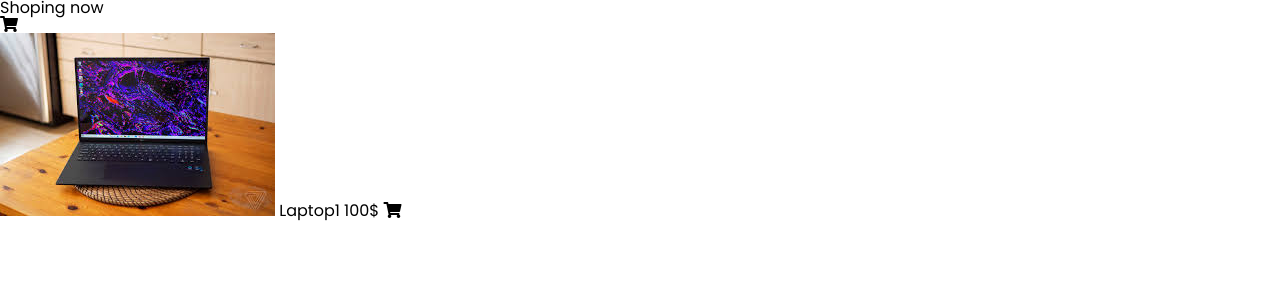
Repository: nttthao9/shopingcart
Page: index.html
These files come from the project's save history. The page is drawn as it stood at one moment and after the next save; the edit follows.
The browser window is 1280 px wide. The pictures show the whole page.
Some web libraries are served in a nearby version.

Above is the page before, as saved 2021-10-04 14:08:53.

### index.html
<!DOCTYPE html>
<html lang="en">

<head>
  <meta charset="UTF-8">
  <meta http-equiv="X-UA-Compatible" content="IE=edge">
  <meta name="viewport" content="width=device-width, initial-scale=1.0">
  <title>Shoping Cart</title>
  <link rel="preconnect" href="https://fonts.googleapis.com">
  <link rel="preconnect" href="https://fonts.gstatic.com" crossorigin>
  <link href="https://fonts.googleapis.com/css2?family=Poppins:wght@300;400;500;600&display=swap" rel="stylesheet">
  <link rel="stylesheet" href="https://cdnjs.cloudflare.com/ajax/libs/font-awesome/5.1.0-11/css/all.css"
    integrity="sha512-xO/VZFNBvip9IT+BD6Nq/pHdBvKeFcwygKqARlegjQ+5A68KsMSYrPbGP1oYow5ec9Tqq8peJXcn5J1bD4O00w=="
    crossorigin="anonymous" referrerpolicy="no-referrer" />
  <link rel="stylesheet" href="./styles/reset.css">
  <link rel="stylesheet" href="./styles/style.css">
</head>

<body>
  <div class="shoping">
    <div class="shoping-bar">
      <h2 class="shoping-title">Shoping now</h2>
      <div class="shoping-cart">
        <i class="fas fa-shopping-cart"></i>
      </div>
    </div>
    <div class="product-list">
      <div class="product-item">
        <img src="./images/laptop1.jpg" alt="" class="product-image">
        <span class="product-name">Laptop1</span>
        <span class="product-price">100$</span>
        <i class="fas fa-shopping-cart cart-icon"></i>

      </div>
    </div>
  </div>
  <script src="./main.js"></script>
</body>

</html>

### styles/style.css
* {
  box-sizing: border-box;
}
html {
  font-size: 62.5%;
}
body {
  font-family: 'Poppins', sans-serif;
  line-height: 1;
  font-size: 1.6rem;
}

### main.js
const productList = [
  {
    id: 1,
    name: 'laptop1',
    image: './images/laptop1.jpg',
    price: 100,
  },
  {
    id: 2,
    name: 'laptop2',
    image: './images/laptop2.jpg',
    price: 200,
  },
  {
    id: 3,
    name: 'laptop3',
    image: './images/laptop3.jpg',
    price: 300,
  },
];
const nameProduct = productList.map((item) => Object.values(item));
console.log(nameProduct);

Loaded but not shown: styles/reset.css (common file)

After the next save:
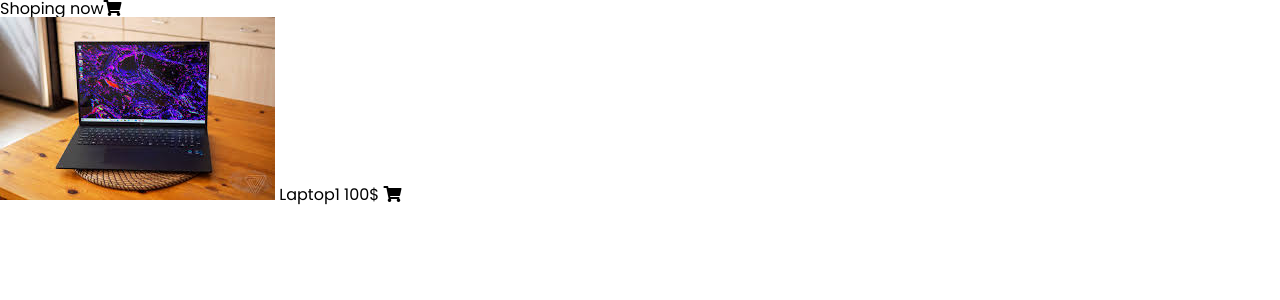
Saved 23 s later.
--- a/styles/style.css
+++ b/styles/style.css
@@ -9,3 +9,7 @@ body {
   line-height: 1;
   font-size: 1.6rem;
 }
+.shoping-bar {
+  display: flex;
+  align-items: center;
+}
